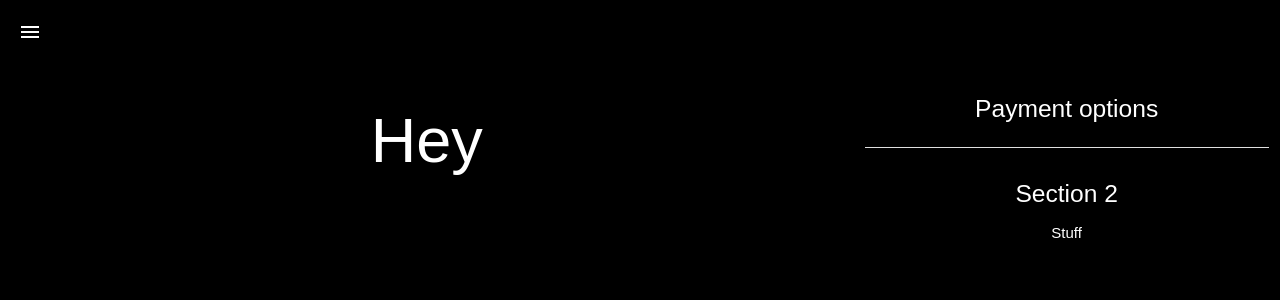
Repository: Ajtheult/final-project
Page: /cart
An editor plug-in stored every save of this project. The page is shown before and after the next save, followed by the edit.
The browser window is 1280 px wide. The pictures show the whole page.
Some web fonts or font styles are not loaded; a fallback is used. Some web libraries are served in a nearby version. The project was rebuilt for these pictures with package versions that can differ from the ones it lists, and the page was loaded fresh each time. Also part of the build but not shown: src/layout/pages/LandingPage.js, src/layout/pages/About.js, src/layout/pages/catalogue/Keys.js, src/layout/pages/catalogue/String.js, src/layout/pages/catalogue/Woodwind.js, src/layout/pages/catalogue/Percussion.js, src/layout/pages/login/Login.js, src/layout/pages/login/NewSignUp.js.

Above is the page before, as saved 2020-07-23 10:27:58.

After the next save:
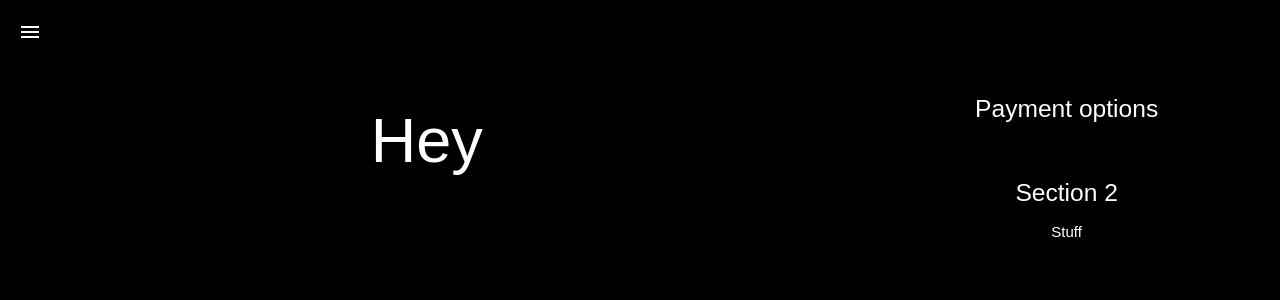
Saved 21 s later.
--- a/src/layout/pages/Cart.js
+++ b/src/layout/pages/Cart.js
@@ -13,10 +13,10 @@ const Cart = () => {
           <div class="section">
             <h5>Payment options</h5>
           </div>
-          <div class="divider"></div>
+          {/* <div class="divider"></div> */}
           <div class="section">
             <div>
-              <i class="fab fa-cc-paypal red"></i>
+              <i class="fab fa-cc-paypal"></i>
               <i class="fab fa-cc-visa"></i>
             </div>
             <h5>Section 2</h5>
